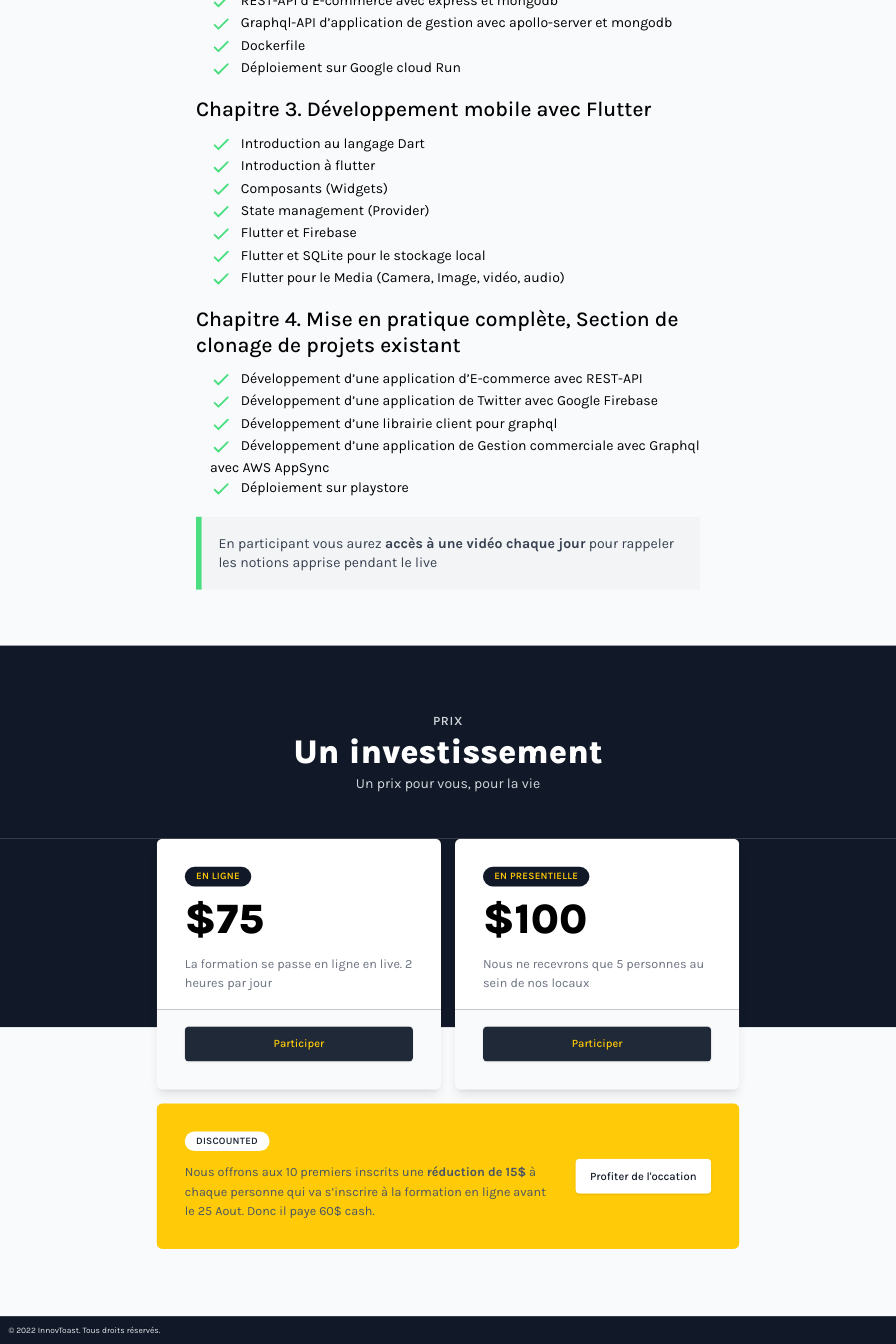
Repository: alfredlwanzo/course
Page: /
An editor plug-in stored every save of this project. The page is shown before and after the next save, followed by the edit.
The browser window is 1280 px wide. The pictures show the part of the page from y = 1566 to 3486 px (the page is 3486 px tall), at 70% of full size.
The project was rebuilt for these pictures with package versions that can differ from the ones it lists, and the page was loaded fresh each time. The framework's server and built-in components were replaced by stand-ins that run in the browser. Also part of the build but not shown: next.config.js.

Above is the page before, as saved 2022-08-09 14:28:06.

After the next save:
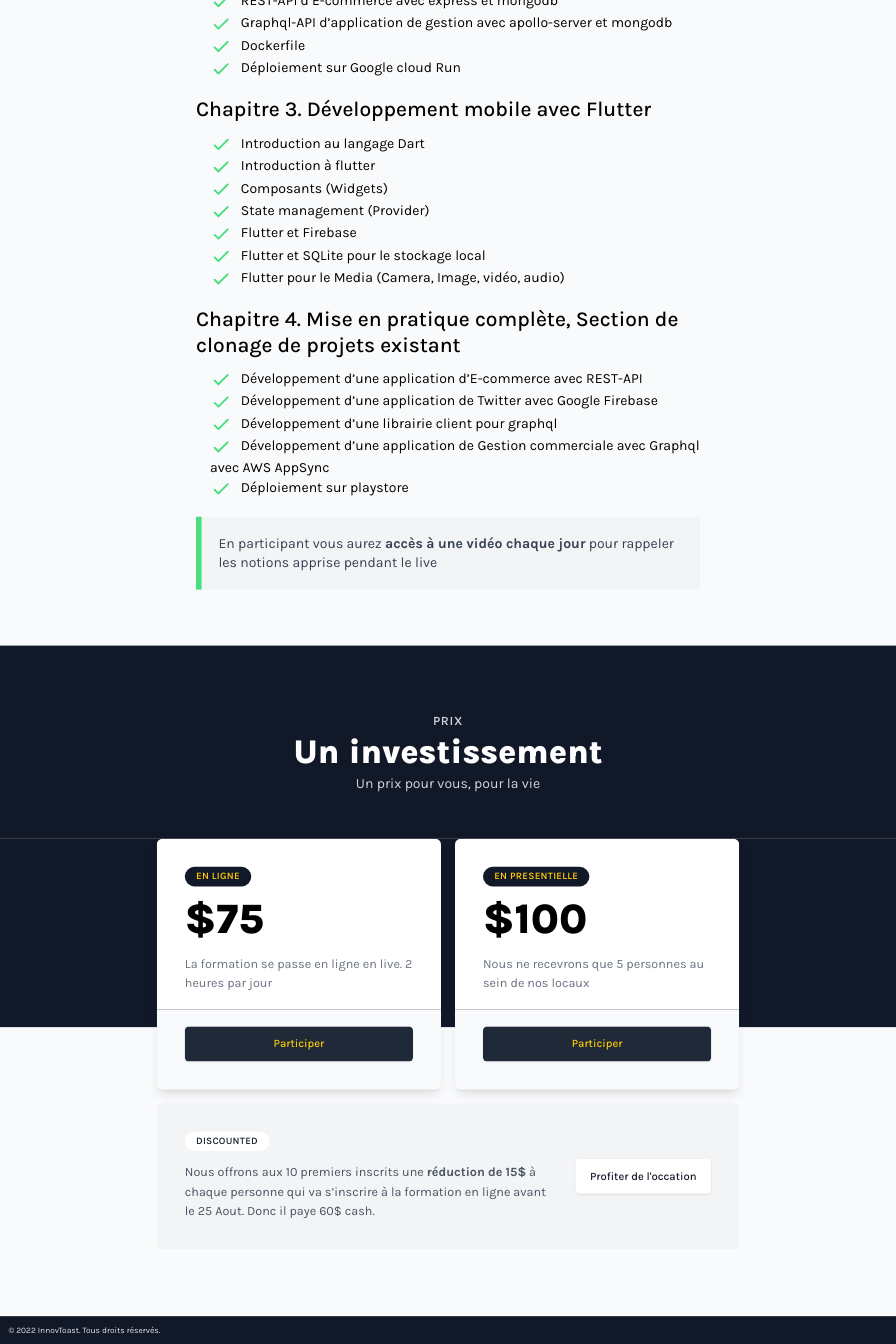
Saved 23 s later.
--- a/src/components/sections/Pricing.tsx
+++ b/src/components/sections/Pricing.tsx
@@ -73,7 +73,7 @@
         </div>
         <div className="mt-4 relative max-w-4xl mx-auto px-4 sm:px-6 lg:px-8 lg:mt-5">
           <div className="max-w-md mx-auto lg:max-w-5xl">
-            <div className="rounded-lg bg-primary px-6 py-8 sm:p-10 lg:flex lg:items-center">
+            <div className="rounded-lg bg-gray-100 px-6 py-8 sm:p-10 lg:flex lg:items-center">
               <div className="flex-1">
                 <div>
                   <h3 className="inline-flex px-4 py-1 rounded-full text-sm font-semibold tracking-wide uppercase bg-white text-gray-800">
